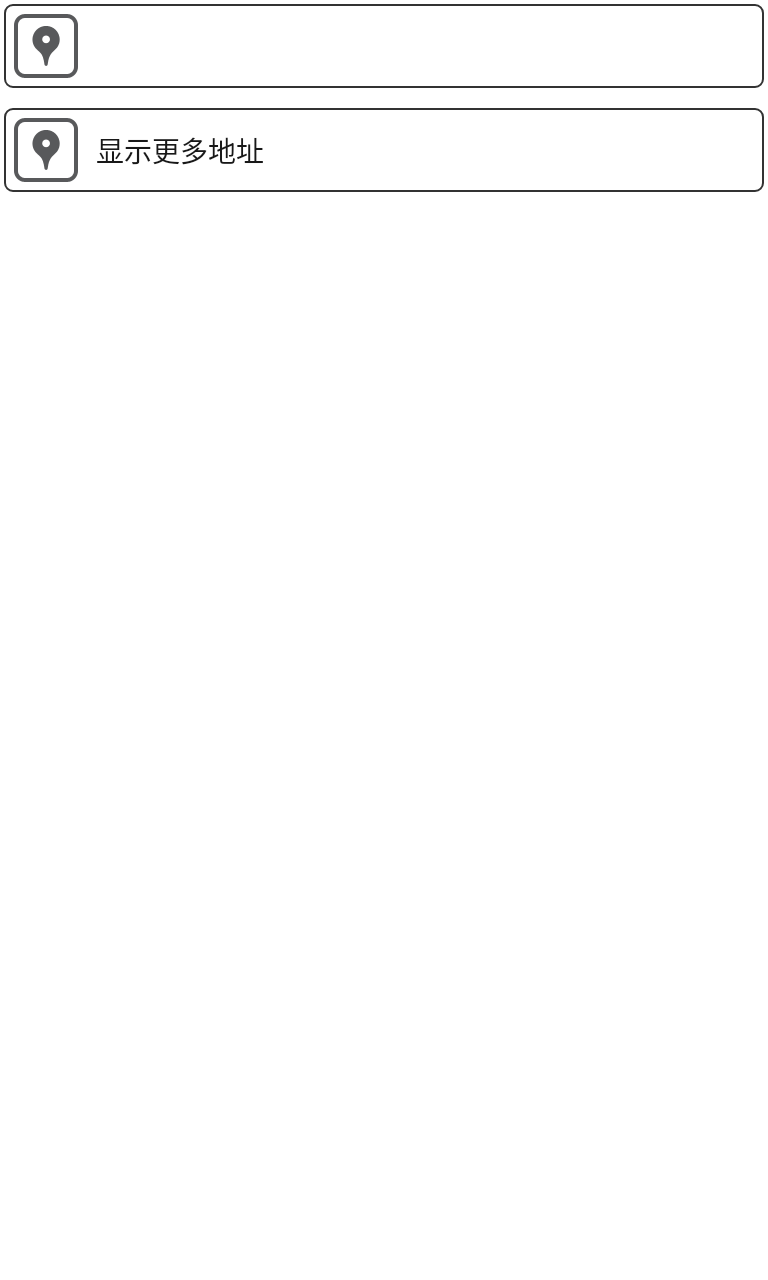
Repository: jornel/Jianjian
Layout: android/res/layout/venue_picker_page.xml
An editor plug-in stored every save of this project. The layout is shown before and after the next save, followed by the edit.
It is drawn on a 768 x 1280 px phone screen (xhdpi) without system bars, with theme JianjianTheme; the app's code is not run. Lists and similar views that code fills are empty.

Above is the layout before, as saved 2011-06-05 08:53:54.

After the next save:
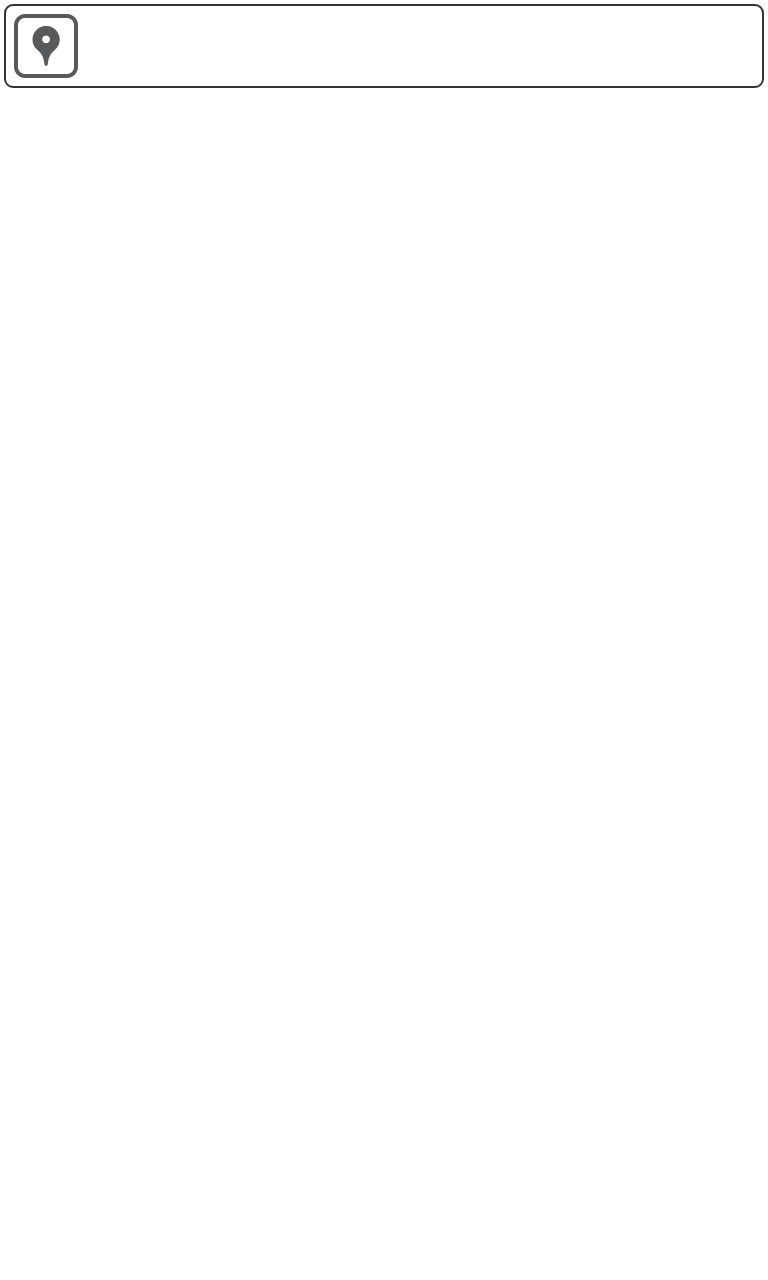
Saved 14 s later.
--- a/android/res/layout/venue_picker_page.xml
+++ b/android/res/layout/venue_picker_page.xml
@@ -54,8 +54,8 @@
 
   <ListView
     android:id="@+id/venuePickerListView"
-    android:layout_width="wrap_parent"
-    android:layout_height="wrap_parent"
+    android:layout_width="fill_parent"
+    android:layout_height="fill_parent"
     android:dividerHeight="1dip"
     android:divider="#444"
     android:drawSelectorOnTop="false"

After the save that followed:
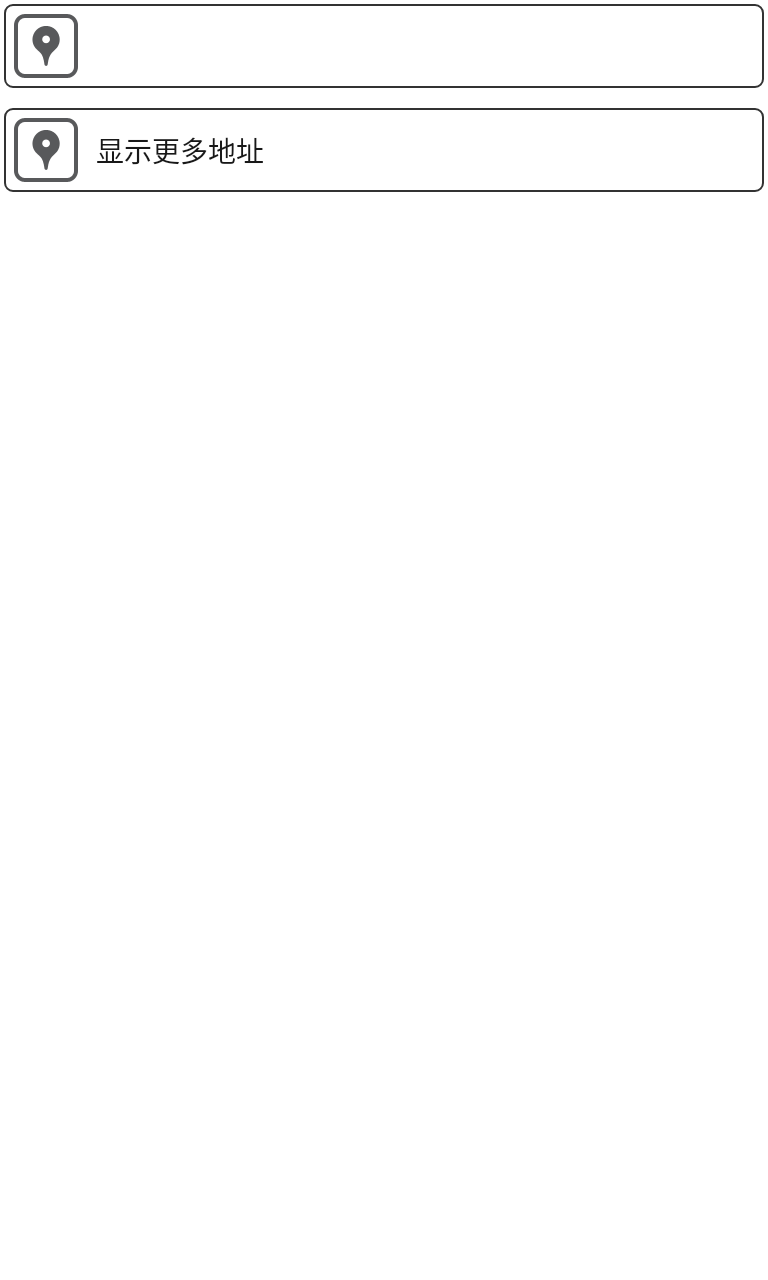
Saved 23 s later.
--- a/android/res/layout/venue_picker_page.xml
+++ b/android/res/layout/venue_picker_page.xml
@@ -52,7 +52,7 @@
 	android:minHeight="10dip"
     />
 
-  <ListView
+  <!--  ListView
     android:id="@+id/venuePickerListView"
     android:layout_width="fill_parent"
     android:layout_height="fill_parent"
@@ -60,7 +60,7 @@
     android:divider="#444"
     android:drawSelectorOnTop="false"
     android:scrollbars="vertical"
-    android:cacheColorHint="#FFF" />
+    android:cacheColorHint="#FFF" />-->
 
   <LinearLayout
     android:id="@+id/venueloadingMoreVenueButton"
